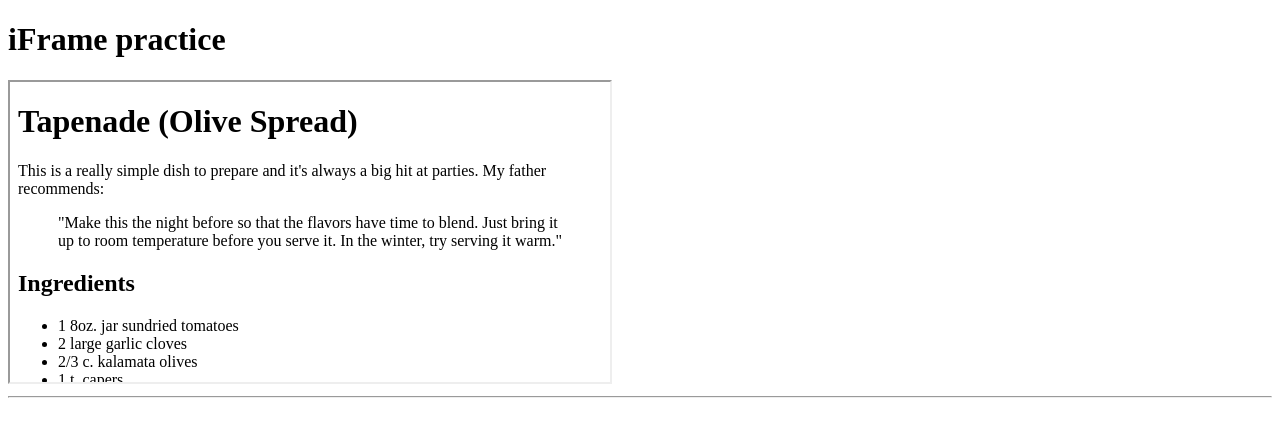
Repository: Colo-Codes/code-practice
Page: 01-html-practice-13.html
The author's editor kept a copy of each file at every save. The page is drawn from the files as they stood at one save, then again after the next save.
The browser window is 1280 px wide. The pictures show the whole page.

Above is the page before, as saved 2021-04-30 12:28:22.

### 01-html-practice-13.html
<!DOCTYPE html>
<html lang="en">
<head>
    <meta charset="UTF-8">
    <meta http-equiv="X-UA-Compatible" content="IE=edge">
    <meta name="viewport" content="width=device-width, initial-scale=1.0">
    <title>iFrame</title>
</head>
<body>
    <h1>iFrame practice</h1>
    <iframe src="01-html-practice-3.html" width="600" height="300">Read the <a href="01-html-practice-3.html">html page</a>.</iframe>
    <hr>

</body>
</html>

### 01-html-practice-3.html
<!DOCTYPE html>
<html>

<head>
    <meta charset="UTF-8">
    <title>Marking up a recipe</title>
</head>

<body>
    <h1>Tapenade (Olive Spread)</h1>
    <p>
        This is a really simple dish to prepare and it's always a big hit at parties. My father recommends:
    </p>
    <blockquote>
        <p>"Make this the night before so that the flavors have time to blend. Just bring it up to room temperature
            before you serve it. In the winter, try serving it warm."</p>
    </blockquote>
    <h2>Ingredients</h2>
    <ul>
        <li>1 8oz. jar sundried tomatoes</li>
        <li>2 large garlic cloves</li>
        <li>2/3 c. kalamata olives</li>
        <li>1 t. capers</li>
    </ul>
    <h2>Instructions</h2>
    <ol>
        <li>Combine tomatoes and garlic in a food processor. Blend until as smooth as possi-ble.</li>
        <li>Add capers and olives. Pulse the motor a few times until they are incorporated, but still retain some
            texture.</li>
        <li>Serve on thin toast rounds with goat cheese and fresh basil garnish (optional).</li>
    </ol>
</body>

</html>

After the next save:
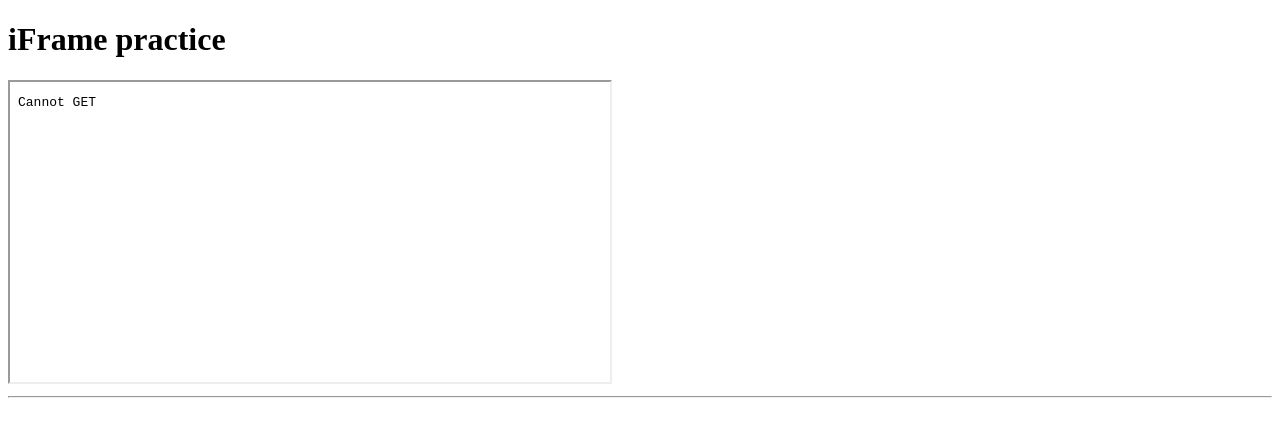
Not found: 01-html-practice-x.html
Saved 43 s later.
--- a/01-html-practice-13.html
+++ b/01-html-practice-13.html
@@ -8,7 +8,7 @@
 </head>
 <body>
     <h1>iFrame practice</h1>
-    <iframe src="01-html-practice-3.html" width="600" height="300">Read the <a href="01-html-practice-3.html">html page</a>.</iframe>
+    <iframe src="01-html-practice-x.html" width="600" height="300">Read the <a href="01-html-practice-3.html">html page</a>.</iframe>
     <hr>
 
 </body>

After the save that followed:
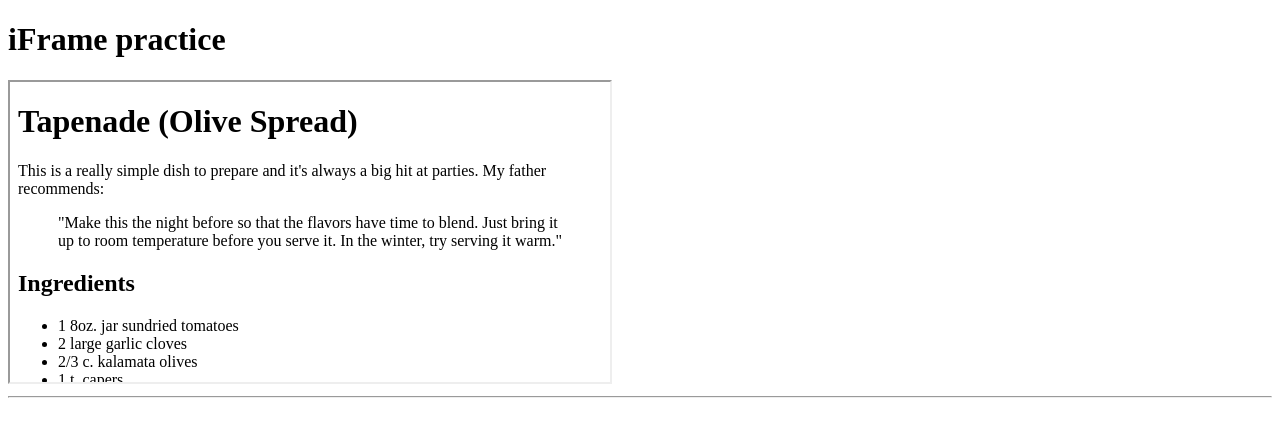
Saved 8 s later.
--- a/01-html-practice-13.html
+++ b/01-html-practice-13.html
@@ -8,7 +8,7 @@
 </head>
 <body>
     <h1>iFrame practice</h1>
-    <iframe src="01-html-practice-x.html" width="600" height="300">Read the <a href="01-html-practice-3.html">html page</a>.</iframe>
+    <iframe src="01-html-practice-3.html" width="600" height="300">Read the <a href="01-html-practice-3.html">html page</a>.</iframe>
     <hr>
 
 </body>
